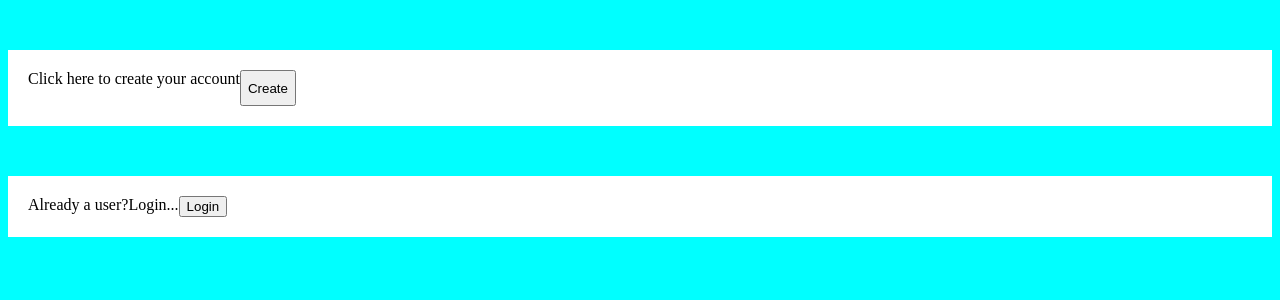
Repository: rosikraj/TurbifyTraining
Page: Wallet/WebContent/button.html
These files come from the project's save history. The page is drawn as it stood at one moment and after the next save; the edit follows.
The browser window is 1280 px wide. The pictures show the whole page.

Above is the page before, as saved 2023-09-24 05:50:08.

After the next save:
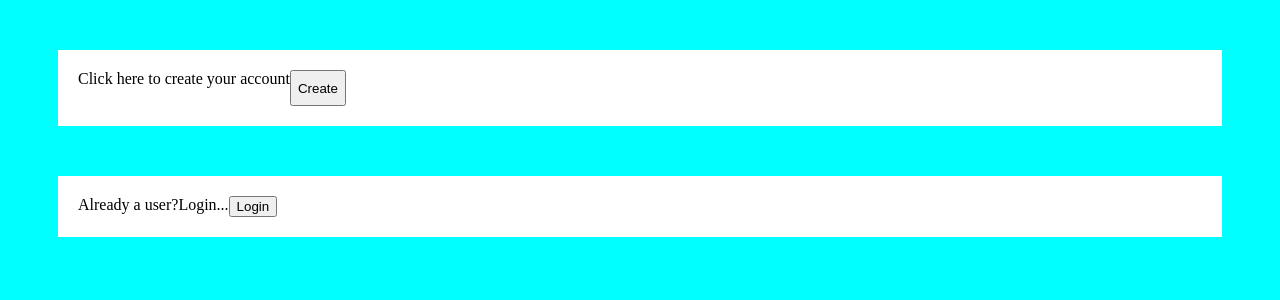
Saved 31 s later.
--- a/Wallet/WebContent/button.html
+++ b/Wallet/WebContent/button.html
@@ -14,7 +14,7 @@
     		background-color:white;
     		align:center;
     		display:flex;
-    		margin-top:50px;
+    		margin:50px;
     		padding:20px;
     	}
     </style>
